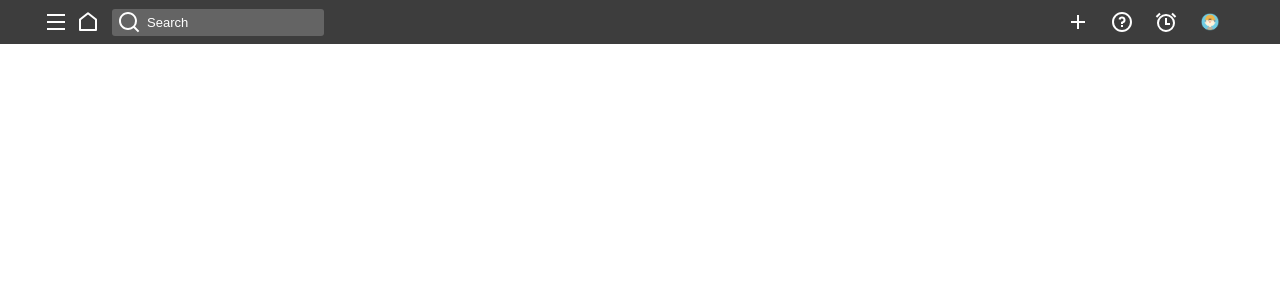
Repository: huuthe1999/to-do-list
Page: /
These files come from the project's save history. The page is drawn as it stood at one moment and after the next save; the edit follows.
The browser window is 1280 px wide. The pictures show the whole page.
The project was rebuilt for these pictures with package versions that can differ from the ones it lists, and the page was loaded fresh each time.

Above is the page before, as saved 2022-02-13 15:32:38.

### public/index.html
<!DOCTYPE html>
<html lang="en">
	<head>
		<meta charset="utf-8" />
		<link rel="icon" href="%PUBLIC_URL%/favicon.ico" />
		<meta name="viewport" content="width=device-width, initial-scale=1" />
		<meta name="theme-color" content="#000000" />
		<meta
			name="description"
			content="Web site created using create-react-app"
		/>
		<link rel="apple-touch-icon" href="%PUBLIC_URL%/logo192.png" />
		<!--
      manifest.json provides metadata used when your web app is installed on a
      user's mobile device or desktop. See https://developers.google.com/web/fundamentals/web-app-manifest/
    -->
		<link rel="manifest" href="%PUBLIC_URL%/manifest.json" />
		<!--
      Notice the use of %PUBLIC_URL% in the tags above.
      It will be replaced with the URL of the `public` folder during the build.
      Only files inside the `public` folder can be referenced from the HTML.

      Unlike "/favicon.ico" or "favicon.ico", "%PUBLIC_URL%/favicon.ico" will
      work correctly both with client-side routing and a non-root public URL.
      Learn how to configure a non-root public URL by running `npm run build`.
    -->
		<title>React Redux App</title>
	</head>
	<body>
		<noscript>You need to enable JavaScript to run this app.</noscript>
		<div id="root"></div>
		<!--
      This HTML file is a template.
      If you open it directly in the browser, you will see an empty page.

      You can add webfonts, meta tags, or analytics to this file.
      The build step will place the bundled scripts into the <body> tag.

      To begin the development, run `npm start` or `yarn start`.
      To create a production bundle, use `npm run build` or `yarn build`.
    --></body>
</html>

### src/index.js
import React from 'react';
import ReactDOM from 'react-dom';
import { Provider } from 'react-redux';
import App from './App';
import { store } from './app/store';

ReactDOM.render(
	<React.StrictMode>
		<Provider store={store}>
			<App />
		</Provider>
	</React.StrictMode>,
	document.getElementById('root'),
);

### src/App.js
import React from 'react';
// import { Counter } from './features/counter/Counter';
import './App.scss';
import TopBar from './components/topBar/TopBar';
function App() {
	return (
		<div className='app'>
			<TopBar />
		</div>
	);
}

export default App;

### src/App.scss
@import url(https://fonts.googleapis.com/css?family=Roboto:100,100italic,300,300italic,regular,italic,500,500italic,700,700italic,900,900italic);
*,
*::before,
*::after {
	margin: 0;
	padding: 0;
	box-sizing: border-box;
}

body {
	font-family: 'Roboto', sans-serif;
	min-height: 100vh;
	overflow: auto;
}
:root {
	--icon-color: #fff;
	--icon-size: 40px;

	--bg-input: hsla(0, 0%, 100%, 0.2);

	// Header
	--hd-text-color: #ffffff;
	--hd-icon-color-hover: #202020;
}

button {
	width: 100%;
	border: none;
	outline: none;
	background-color: transparent;
	cursor: pointer;
}

### src/components/topBar/TopBar.js
import {
	RiHomeLine,
	RiMenuLine,
	RiSearchLine,
	RiAddLine,
	RiQuestionLine,
	RiAlarmLine,
} from 'react-icons/ri';
import Avatar from '../../assets/images/avatar.png';
import './topbar.scss';
const TopBar = () => {
	return (
		<div className='topbar'>
			<div className='topbar__inner'>
				<div className='topbar__inner-leftControl'>
					<button className='topbar__button leftControl'>
						<RiMenuLine className='topbar__button-icon' />
					</button>
					<button className='topbar__button leftControl'>
						<RiHomeLine className='topbar__button-icon' />
					</button>
					<div className='topbar__inner-leftControl-search'>
						<RiSearchLine className='topbar__button-icon topbar__button-icon-search' />
						<input type='text' placeholder='Search' />
					</div>
				</div>
				<div className='topbar__inner-rightControl'>
					<button className='topbar__button rightControl'>
						<RiAddLine className='topbar__button-icon' />
					</button>
					<button className='topbar__button rightControl'>
						<RiQuestionLine className='topbar__button-icon' />
					</button>
					<button className='topbar__button rightControl'>
						<RiAlarmLine className='topbar__button-icon' />
					</button>
					<button>
						<img src={Avatar} alt='avatar' />
					</button>
				</div>
			</div>
		</div>
	);
};

export default TopBar;

### src/features/counter/counterSlice.js
import { createAsyncThunk, createSlice } from '@reduxjs/toolkit';
import { fetchCount } from './counterAPI';

const initialState = {
  value: 0,
  status: 'idle',
};

// The function below is called a thunk and allows us to perform async logic. It
// can be dispatched like a regular action: `dispatch(incrementAsync(10))`. This
// will call the thunk with the `dispatch` function as the first argument. Async
// code can then be executed and other actions can be dispatched. Thunks are
// typically used to make async requests.
export const incrementAsync = createAsyncThunk(
  'counter/fetchCount',
  async (amount) => {
    const response = await fetchCount(amount);
    // The value we return becomes the `fulfilled` action payload
    return response.data;
  }
);

export const counterSlice = createSlice({
  name: 'counter',
  initialState,
  // The `reducers` field lets us define reducers and generate associated actions
  reducers: {
    increment: (state) => {
      // Redux Toolkit allows us to write "mutating" logic in reducers. It
      // doesn't actually mutate the state because it uses the Immer library,
      // which detects changes to a "draft state" and produces a brand new
      // immutable state based off those changes
      state.value += 1;
    },
    decrement: (state) => {
      state.value -= 1;
    },
    // Use the PayloadAction type to declare the contents of `action.payload`
    incrementByAmount: (state, action) => {
      state.value += action.payload;
    },
  },
  // The `extraReducers` field lets the slice handle actions defined elsewhere,
  // including actions generated by createAsyncThunk or in other slices.
  extraReducers: (builder) => {
    builder
      .addCase(incrementAsync.pending, (state) => {
        state.status = 'loading';
      })
      .addCase(incrementAsync.fulfilled, (state, action) => {
        state.status = 'idle';
        state.value += action.payload;
      });
  },
});

export const { increment, decrement, incrementByAmount } = counterSlice.actions;

// The function below is called a selector and allows us to select a value from
// the state. Selectors can also be defined inline where they're used instead of
// in the slice file. For example: `useSelector((state: RootState) => state.counter.value)`
export const selectCount = (state) => state.counter.value;

// We can also write thunks by hand, which may contain both sync and async logic.
// Here's an example of conditionally dispatching actions based on current state.
export const incrementIfOdd = (amount) => (dispatch, getState) => {
  const currentValue = selectCount(getState());
  if (currentValue % 2 === 1) {
    dispatch(incrementByAmount(amount));
  }
};

export default counterSlice.reducer;

### src/components/topBar/topbar.scss
.topbar {
	display: flex;
	justify-content: center;
	align-items: center;
	background-color: #3d3d3d;
	flex-shrink: 0;
	padding: 0px 42px;
	font-size: 13px;
	color: #202020;
	height: 44px;

	&__inner {
		display: flex;
		justify-content: space-between;
		background-color: transparent;
		width: 100%;
		height: 100%;

		&-leftControl {
			display: flex;
			align-items: center;
			justify-content: flex-start;

			&-search {
				display: flex;
				align-items: center;
				position: relative;
				margin-left: 6px;

				&:hover {
					input {
						background-color: var(--hd-text-color);
						&::placeholder {
							color: var(--hd-icon-color-hover);
						}
					}
					* {
						color: var(--hd-icon-color-hover);
					}
				}

				input {
					font-size: 13px;
					color: var(--hd-text-color);
					background-color: var(--bg-input);
					outline: 0;
					border-radius: 3px;
					border: 1px solid transparent;
					padding: 5px 0 5px 34px;
					transition: all 0.15s cubic-bezier(0.4, 0, 0.2, 0.1);
					transition-property: background-color;

					&::placeholder {
						color: var(--hd-text-color);
					}
				}
			}
			button {
				margin-right: 4px;
				display: flex;
				justify-content: center;
				align-items: center;
				border-radius: 3px;
				height: 28px;
				min-width: 28px;

				&:hover {
					background-color: var(--bg-input);
				}
			}
		}

		&-rightControl {
			display: flex;
			align-items: center;
			height: 44px;
			padding: 0px 12px;

			button {
				display: flex;
				justify-content: center;
				align-items: center;
				width: 32px;
				height: 32px;
				margin-left: 12px;
			}
			img {
				width: 24px;
				height: 24px;
			}
		}
	}

	&__button {
		&-icon {
			font-size: 24px;
			color: var(--icon-color);

			&-search {
				position: absolute;
				left: 5px;
				top: 50%;
				transform: translateY(-50%);
				color: var(--icon-color);
			}
		}
	}
}

Loaded but not shown: src/app/store.js (common file); src/features/counter/counterAPI.js (common file)

After the next save:
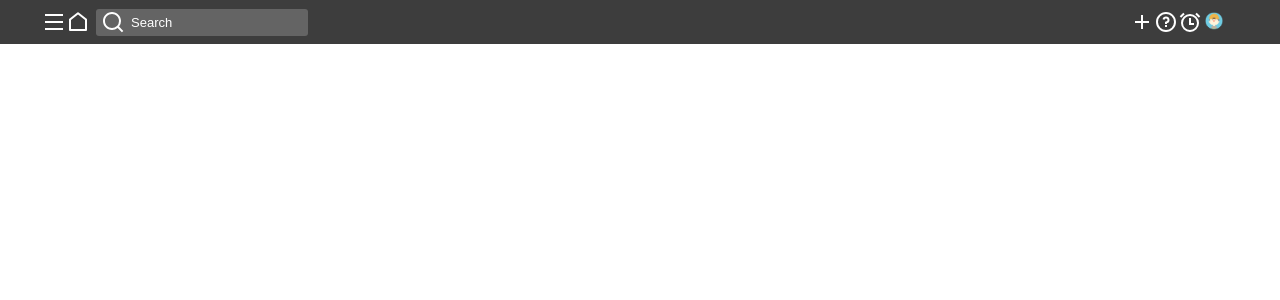
Saved 2 min 23 s later.
--- a/src/components/topBar/topbar.scss
+++ b/src/components/topBar/topbar.scss
@@ -55,19 +55,6 @@
 					}
 				}
 			}
-			button {
-				margin-right: 4px;
-				display: flex;
-				justify-content: center;
-				align-items: center;
-				border-radius: 3px;
-				height: 28px;
-				min-width: 28px;
-
-				&:hover {
-					background-color: var(--bg-input);
-				}
-			}
 		}
 
 		&-rightControl {
@@ -76,14 +63,6 @@
 			height: 44px;
 			padding: 0px 12px;
 
-			button {
-				display: flex;
-				justify-content: center;
-				align-items: center;
-				width: 32px;
-				height: 32px;
-				margin-left: 12px;
-			}
 			img {
 				width: 24px;
 				height: 24px;
@@ -92,6 +71,28 @@
 	}
 
 	&__button {
+		display: flex;
+		justify-content: center;
+		align-items: center;
+		border-radius: 3px;
+
+		&:hover {
+			background-color: var(--bg-input);
+		}
+
+		& .leftControl {
+			margin-right: 4px;
+
+			height: 28px;
+			min-width: 28px;
+		}
+
+		& .rightControl {
+			margin-right: 4px;
+
+			height: 28px;
+			min-width: 28px;
+		}
 		&-icon {
 			font-size: 24px;
 			color: var(--icon-color);
